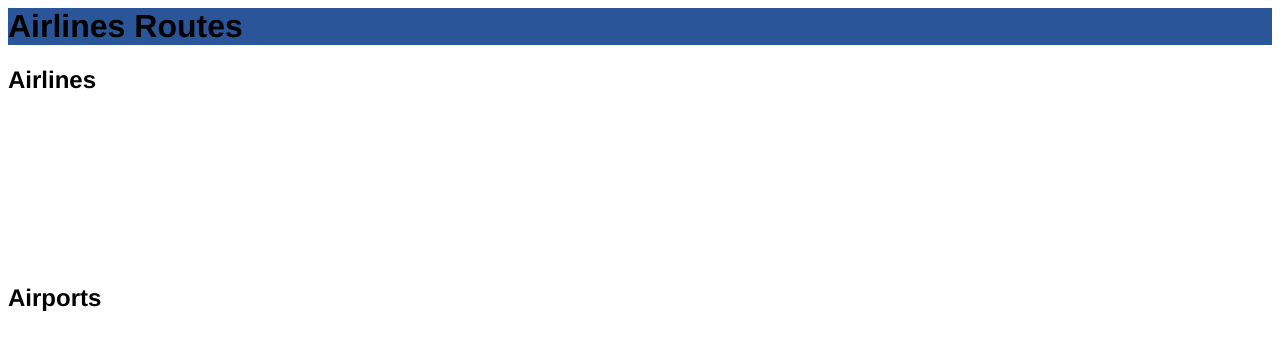
Repository: ducdatit2002/Data-Visualization-Coursera
Page: Project/index.html
An editor plug-in stored every save of this project. The page is shown before and after the next save, followed by the edit.
The browser window is 1280 px wide. The pictures show the whole page.

Above is the page before, as saved 2023-10-04 12:45:08.

### Project/index.html

<html>

<head>
    <style>
        body {
            font-family: Helvetica, Arial, sans-serif
        }

        h1 {
            background-color: #2a5599;

            /* TODO 1
            change the text to white and add a padding of 5px
            2 lines of code
            */
        }

        /* TODO 2
        Add code to show a black border of 1px around all SVGs elements in the page
        1-3 lines of code
        */

        /* TODO 3
         - Use the "display flex" feature from to show the items from class `mainView` side by side
         1-3 lines of cide
        */
    </style>
</head>

<body>
    <h1>Airlines Routes</h1>
    <div class="mainView">
        <div>
            <h2>Airlines</h2>
            <svg id="AirlinesChart"></svg>
        </div>
        <div>
            <h2>Airports</h2>
            <svg id="Map"></svg>
        </div>
    </div>
</body>

</html>

After the next save:
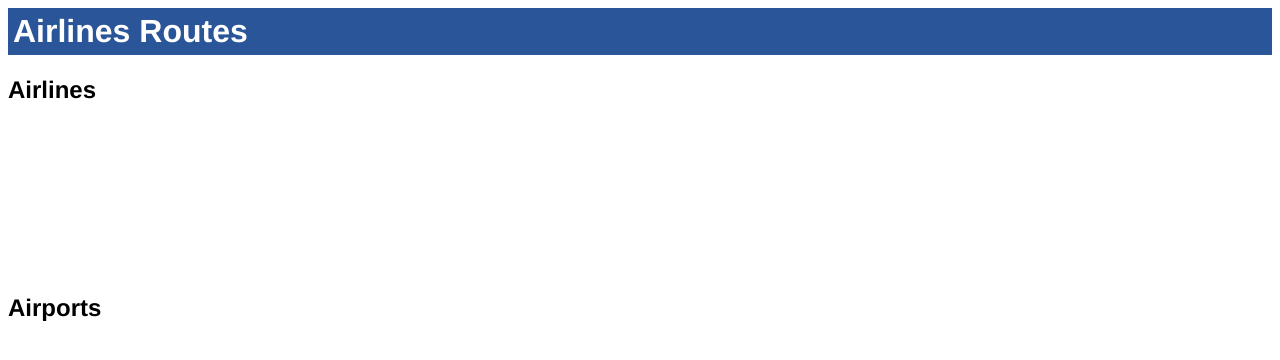
Saved 6 s later.
--- a/Project/index.html
+++ b/Project/index.html
@@ -9,7 +9,8 @@
 
         h1 {
             background-color: #2a5599;
-
+            color: white;
+            padding: 5px;
             /* TODO 1
             change the text to white and add a padding of 5px
             2 lines of code
